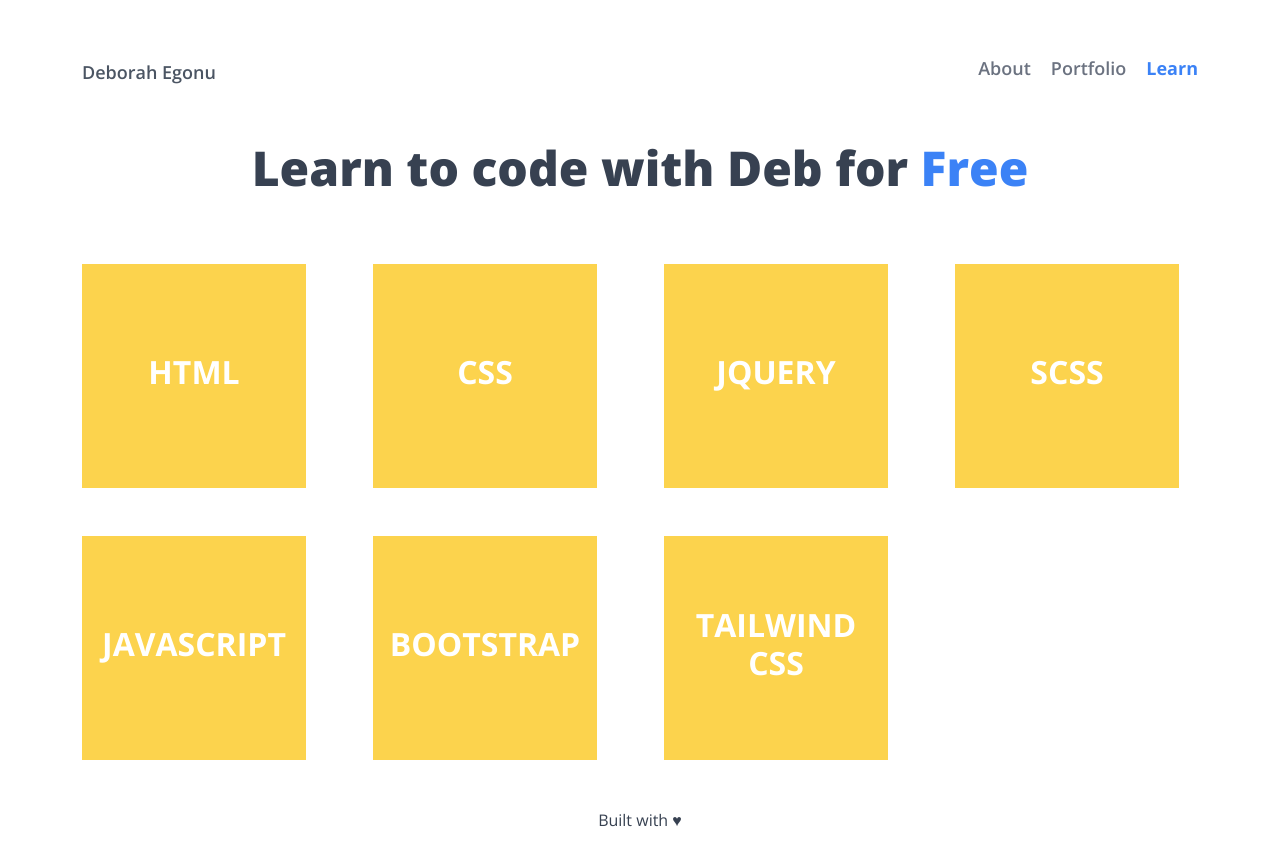
Repository: latenightsnacc/codewithdeb
Page: learn.html
An editor plug-in stored every save of this project. The page is shown before and after the next save, followed by the edit.
The browser window is 1280 px wide. The pictures show the whole page.
The style sheet was rebuilt from its Sass, Less or Tailwind sources for each picture, by a compiler version that may differ from the author's.

Above is the page before, as saved 2021-06-07 12:54:32.

After the next save:
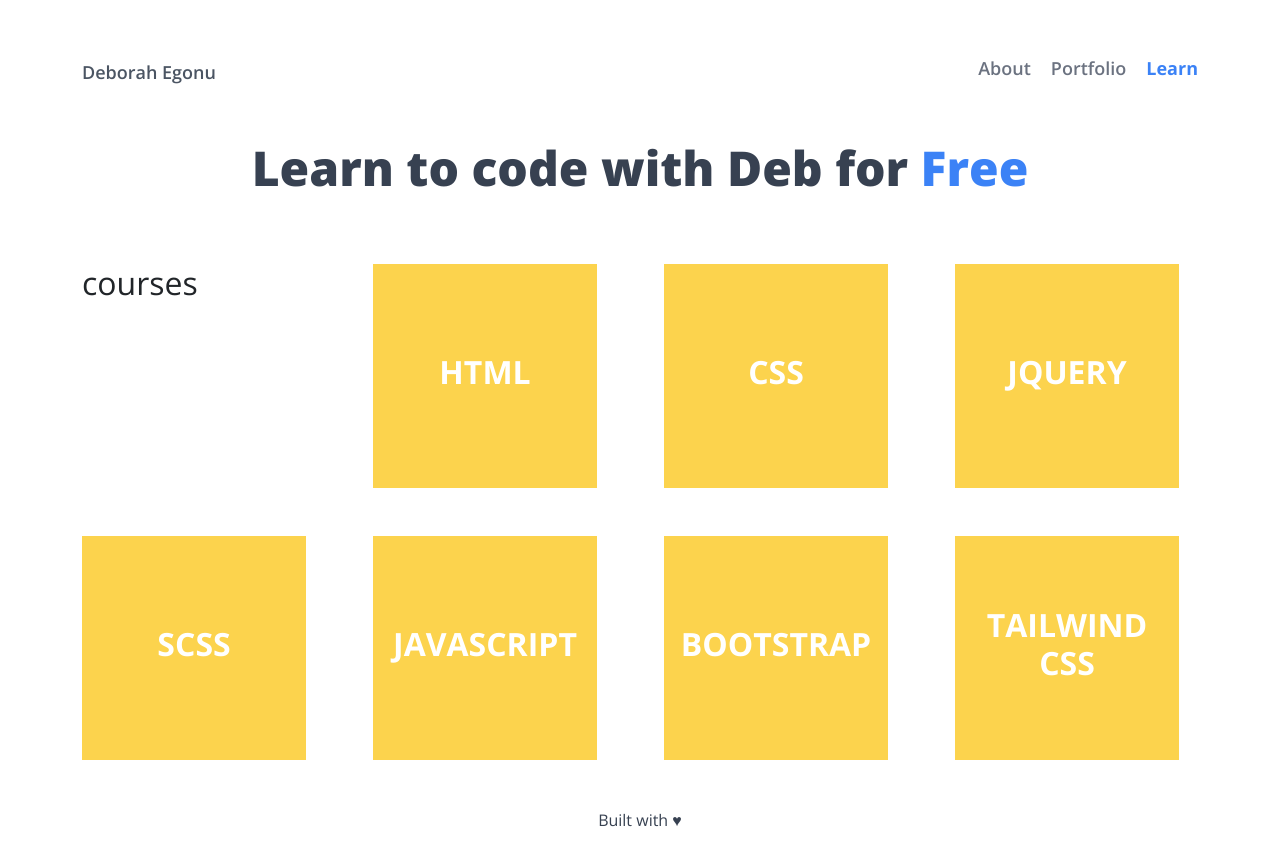
Saved 77 s later.
--- a/learn.html
+++ b/learn.html
@@ -51,6 +51,9 @@
     <div class="container">
         <div class="">
             <div class="grid grid-rows-1 grid-cols-4 gap-5">
+                <div class="grid grid-cols-2">
+                    <h2>courses</h2>
+                </div>
                 <div class="bg-yellow-300 w-56 h-56 flex justify-center items-center text-center">
                     <h2 class="text-white font-bold">HTML</h2>
                 </div>
